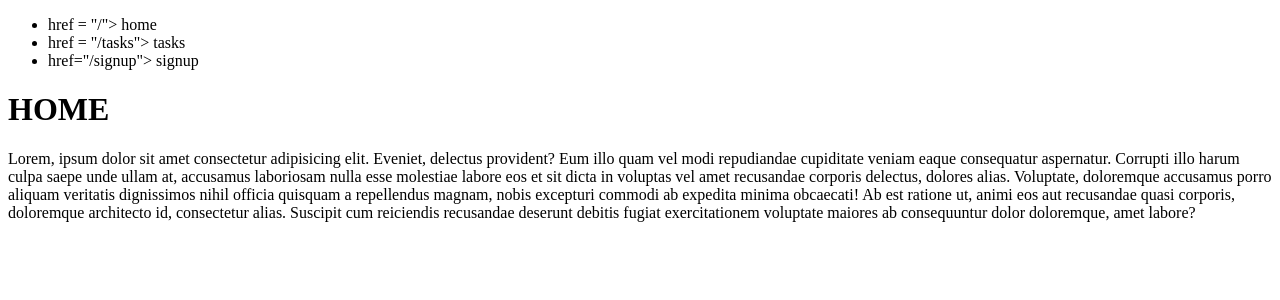
Repository: Andres250602/auth.django
Page: http://localhost/
The author's editor kept a copy of each file at every save. The page is drawn from the files as they stood at one save, then again after the next save.
The browser window is 1280 px wide. The pictures show the whole page.
The page is served by the project's application, run on Django 5.2 (manage.py).

Above is the page before, as saved 2024-04-11 09:26:24.

After the next save:
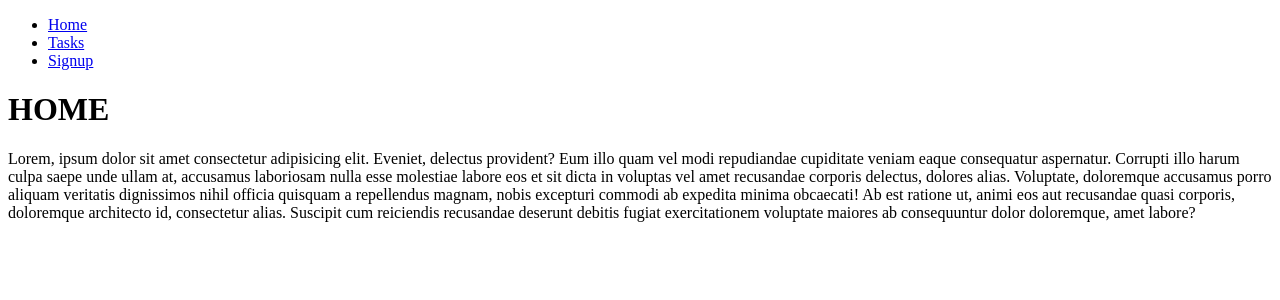
Saved 2 min 44 s later.
--- a/myapp/templates/base.html
+++ b/myapp/templates/base.html
@@ -9,14 +9,18 @@
     <nav>
         <ul>
             <li>
-                <a> href = "/"> home</a>
+                <a href="/">Home</a>
             </li>
             <li>
-                <a> href = "/tasks"> tasks</a>
+                <a href="/tasks">Tasks</a>
             </li>
             <li>
-                <a> href="/signup"> signup</a>
+                <a href="/signup">Signup</a>
             </li>
+        </ul>
+    </nav>
+
+
         </ul>
     </nav>
     {% block content %}
